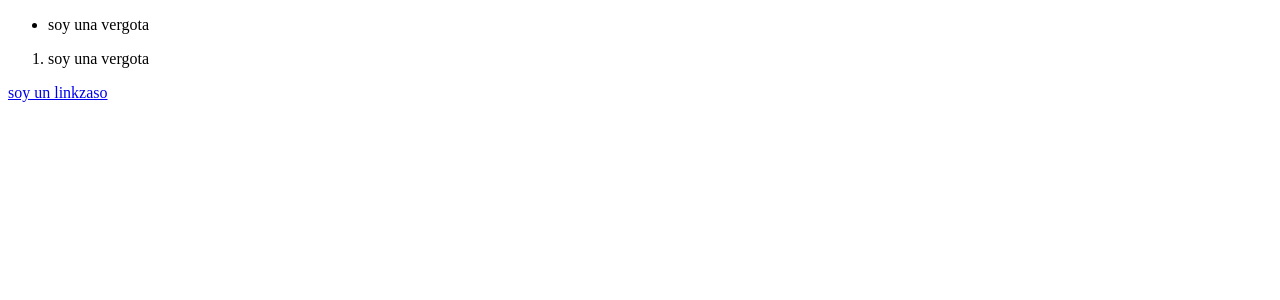
Repository: Daniel009980/daniel0099980
Page: cursodehtml/index.html
An editor plug-in stored every save of this project. The page is shown before and after the next save, followed by the edit.
The browser window is 1280 px wide. The pictures show the whole page.

Above is the page before, as saved 2022-09-08 17:41:11.

### cursodehtml/index.html
<!DOCTYPE html>
<html land="es">
    <head>
        <meta charset="UTF-8" />
        <meta name="description" content="esta pagina te mostrar fotos de gatos" />
        <meta name="robots" content="index, follow"/>
        <title>es mi pagina</title>
        <meta name="viewpoint" content="width=device-width, inictial-scale=1.0"/>
        <link rel="stylesheet" href="./css/style.css"/>
    </head>
    <body>
       <header>
        <nav></nav>
       </header>
       <main>
        <section>
            <article>

            </article>
        </section>
         <ul>
            <li>soy una vergota</li>
         </ul>
         <ol><li>soy una vergota</li></ol>
       </main>
       <footer>

       </footer>

       <a href="#">soy un linkzaso</a>
    </body>

</html>

Loaded but not shown: cursodehtml/css/style.css (no stored copy; drawn as an empty file)

After the next save:
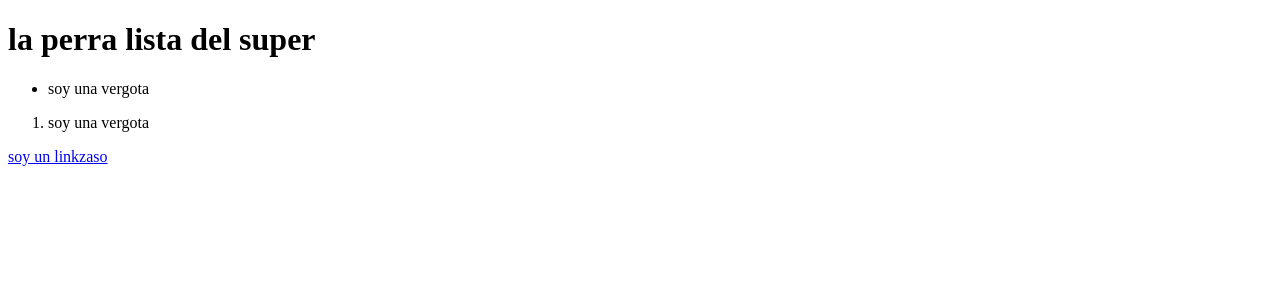
Saved 16 s later.
--- a/cursodehtml/index.html
+++ b/cursodehtml/index.html
@@ -18,6 +18,7 @@
 
             </article>
         </section>
+        <h1>la perra lista del super</h1>
          <ul>
             <li>soy una vergota</li>
          </ul>
